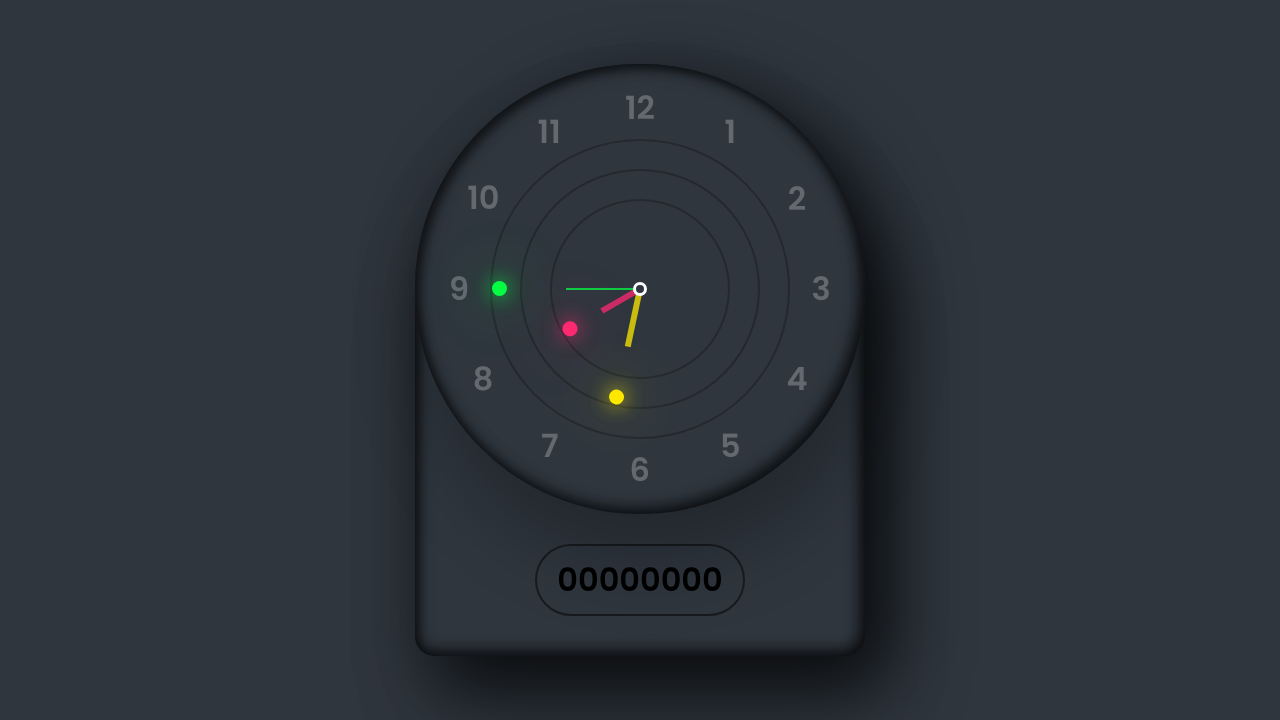
Repository: didierganthier/Clock-Design
Page: index.html
These files come from the project's save history. The page is drawn as it stood at one moment and after the next save; the edit follows.
The browser window is 1280 px wide. The pictures show the whole page.

Above is the page before, as saved 2022-06-26 01:17:32.

After the next save:
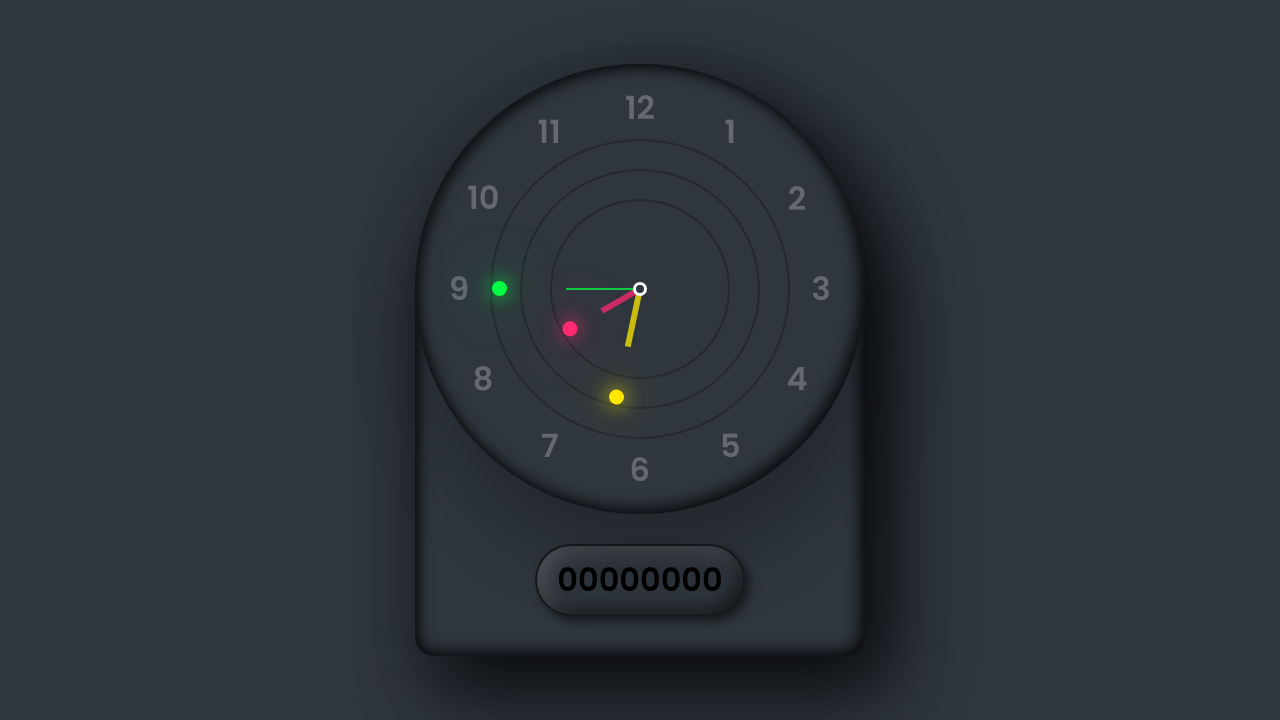
Saved 8 min 12 s later.
--- a/styles.css
+++ b/styles.css
@@ -139,4 +139,7 @@ body {
     font-weight: 600;
     border: 2px solid rgba(0, 0, 0, 0.5);
     border-radius: 40px;
+    box-shadow: 5px 5px 10px rgb(0, 0, 0, 0.5),
+    inset 5px 5px 20px rgba(255, 255, 255, 0.2),
+    inset -5px -5px 15px rgba(0, 0, 0, 0.75)
 }
